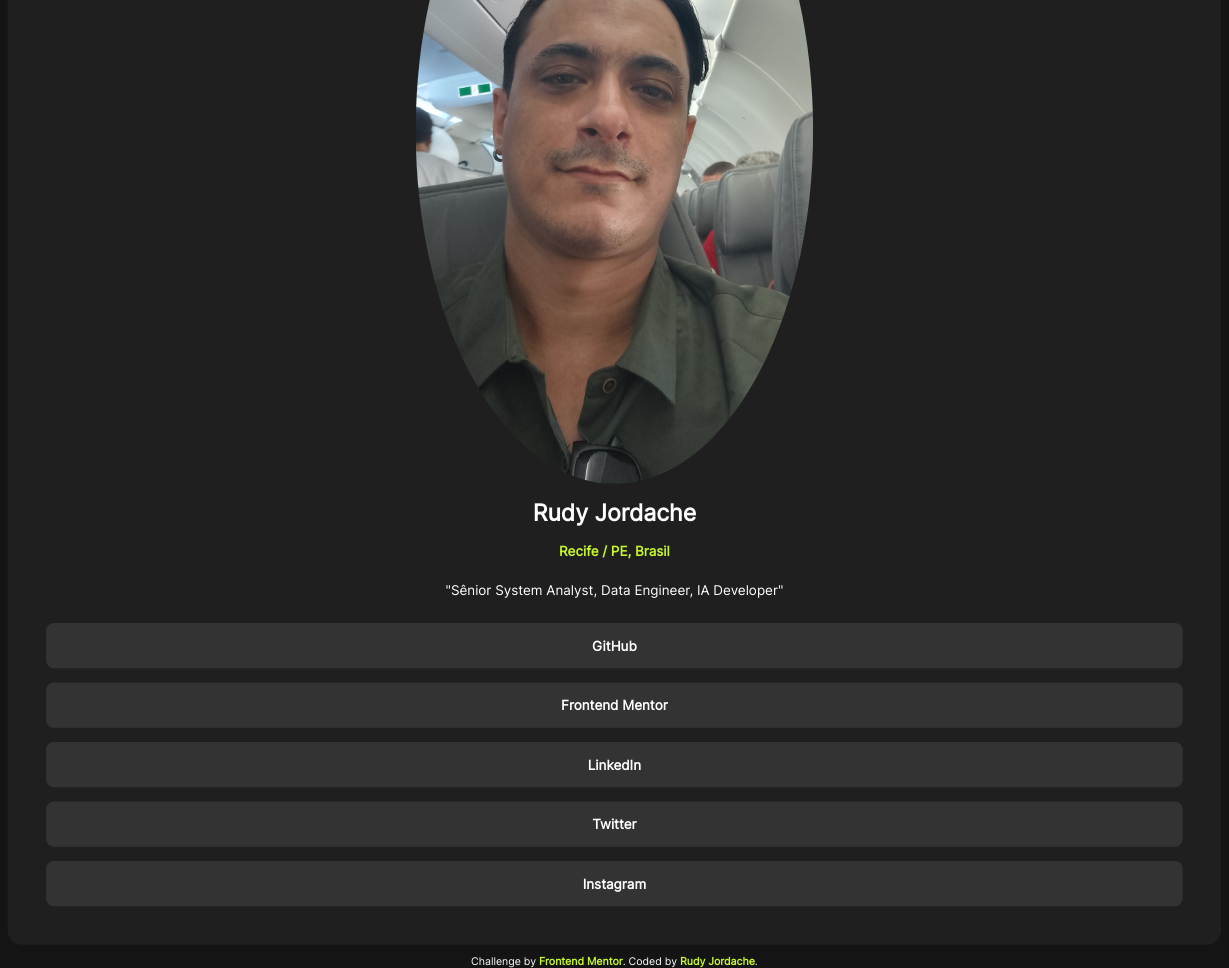
Repository: RudyJ/social-links-profile
Page: index.html
An editor plug-in stored every save of this project. The page is shown before and after the next save, followed by the edit.
The browser window is 1280 px wide. The pictures show the whole page, at 96% of full size.

Above is the page before, as saved 2024-04-02 20:27:18.

After the next save:
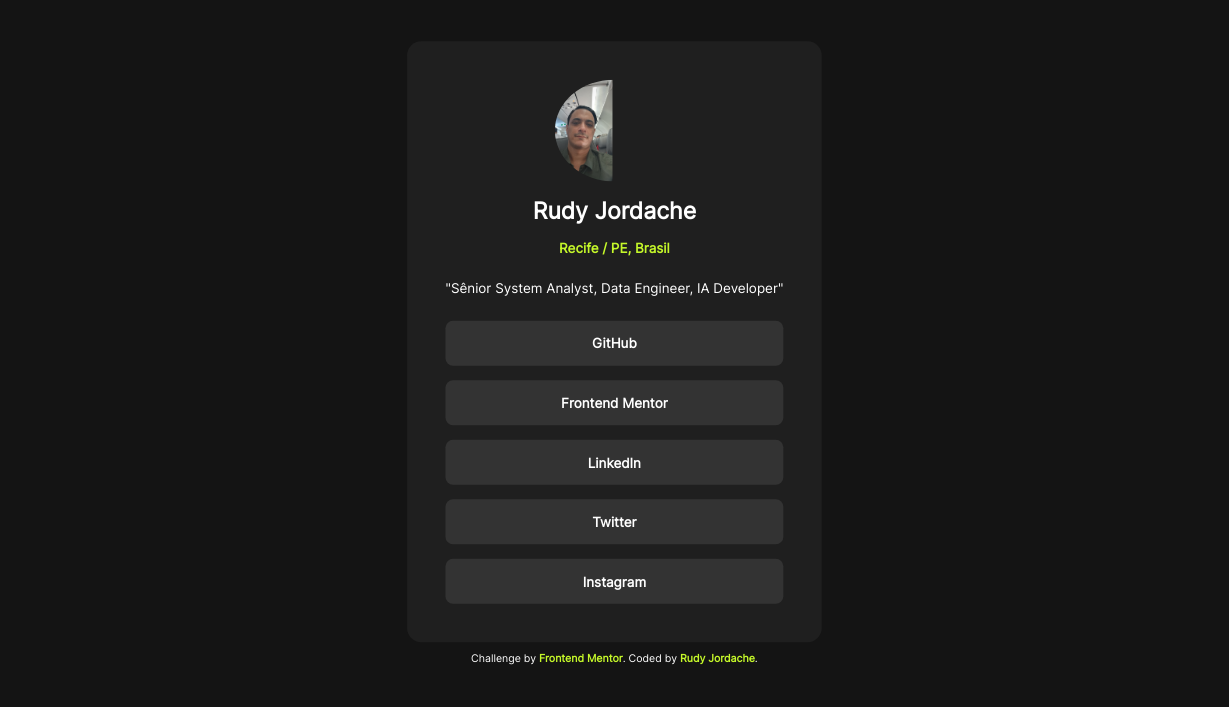
Saved 22 s later.
--- a/assets/css/style.css
+++ b/assets/css/style.css
@@ -37,7 +37,7 @@ body .card .imagem {
 }
 
 body .card .imagem img {
-    width: 100%;
+    width: 60px;
     display: block;
 }
 
